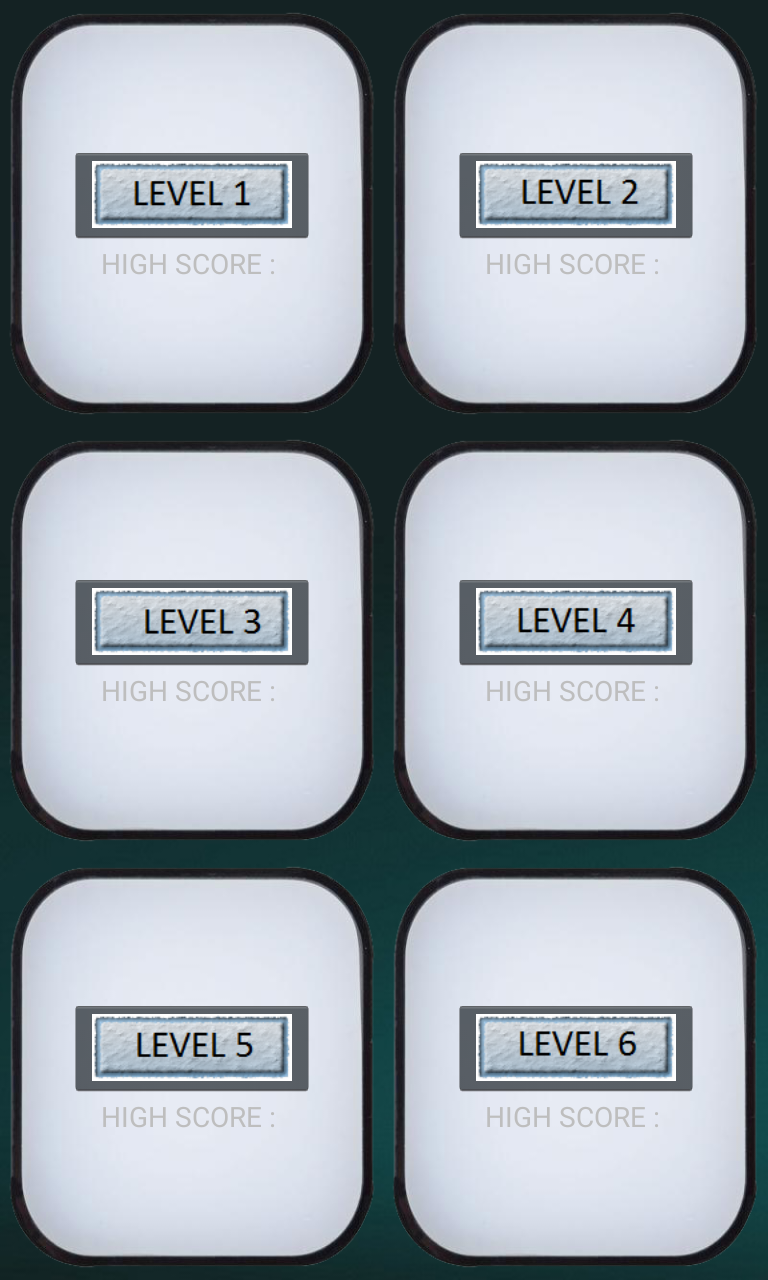
Repository: rohitchawla22/SebiQuiz
Layout: SebiQuiz/res/layout/menu.xml
An editor plug-in stored every save of this project. The layout is shown before and after the next save, followed by the edit.
It is drawn on a 768 x 1280 px phone screen (xhdpi) without system bars, with theme android:Theme.Holo; the app's code is not run.

Above is the layout before, as saved 2014-06-12 10:33:13.

After the next save:
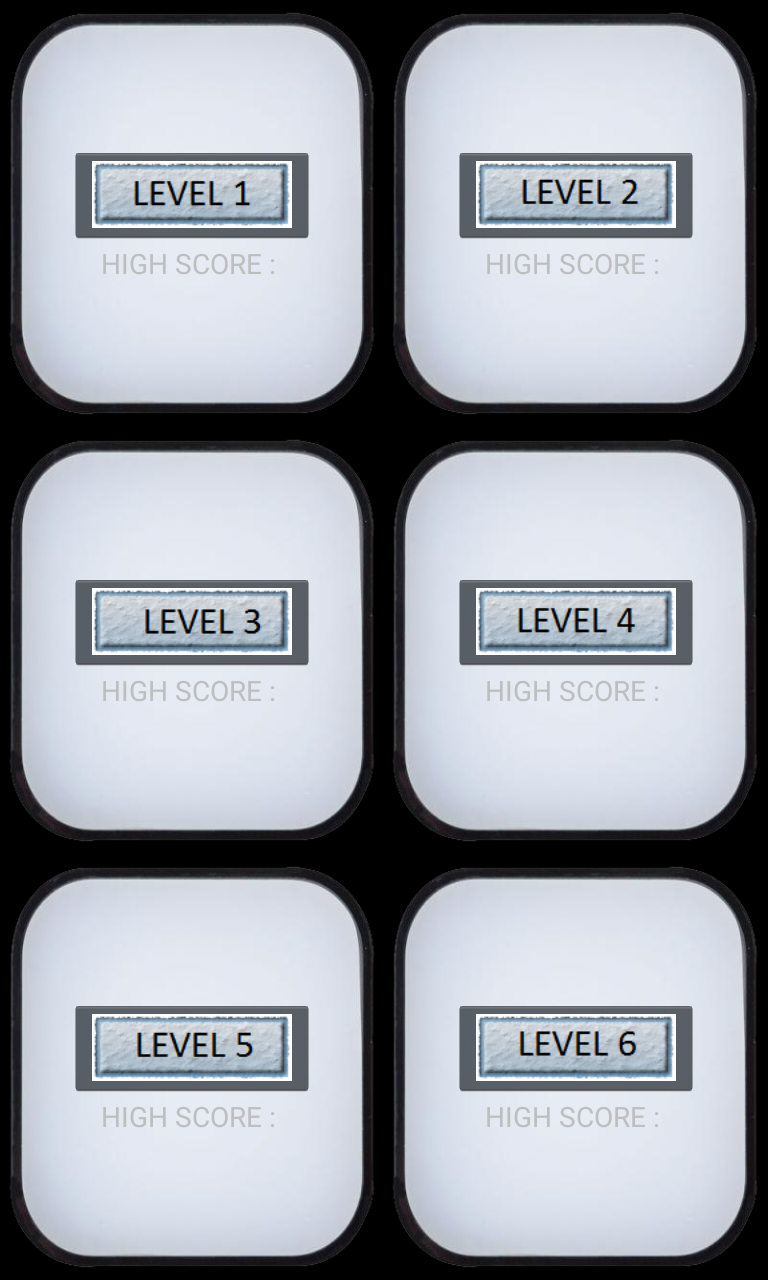
Saved 3 min 25 s later.
--- a/SebiQuiz/res/layout/menu.xml
+++ b/SebiQuiz/res/layout/menu.xml
@@ -2,7 +2,6 @@
 <LinearLayout xmlns:android="http://schemas.android.com/apk/res/android"
     android:layout_width="match_parent"
     android:layout_height="match_parent"
-    android:background="@drawable/backgroundmain"
     android:orientation="vertical" >
 
     <LinearLayout

After the save that followed:
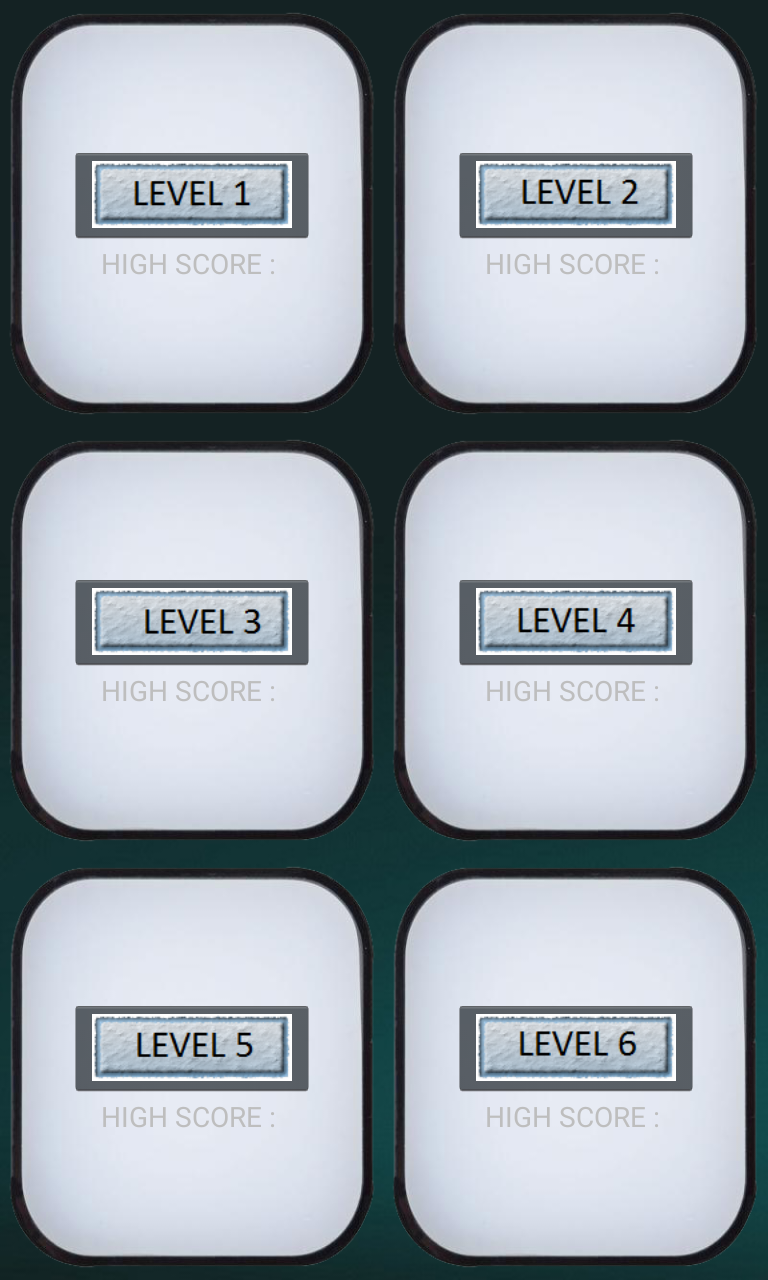
Saved 6 s later.
--- a/SebiQuiz/res/layout/menu.xml
+++ b/SebiQuiz/res/layout/menu.xml
@@ -2,6 +2,7 @@
 <LinearLayout xmlns:android="http://schemas.android.com/apk/res/android"
     android:layout_width="match_parent"
     android:layout_height="match_parent"
+    android:background="@drawable/backgroundmain"
     android:orientation="vertical" >
 
     <LinearLayout
